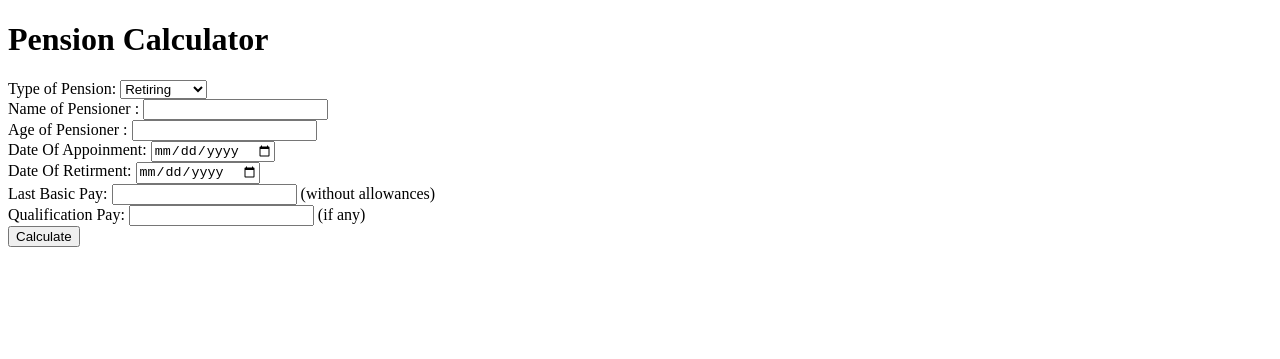
Repository: AQSA-ABDULLAH/RetirementManagmentSystem
Page: RetimentManagmentSystem/src/main/webapp/RetirementApplicationForm.html
An editor plug-in stored every save of this project. The page is shown before and after the next save, followed by the edit.
The browser window is 1280 px wide. The pictures show the whole page.

Above is the page before, as saved 2023-08-13 18:05:55.

### RetimentManagmentSystem/src/main/webapp/RetirementApplicationForm.html
<!DOCTYPE html>
<html>
<head>
<meta charset="ISO-8859-1">
<title>Pension Calculator</title>
<script>
  function calculatePension() {
    var initialAmount = parseFloat(document.getElementById('initialAmount').value);
    var annualContribution = parseFloat(document.getElementById('annualContribution').value);
    var interestRate = parseFloat(document.getElementById('interestRate').value) / 100;
    var years = parseInt(document.getElementById('years').value);

    var totalAmount = initialAmount;
    for (var i = 1; i <= years; i++) {
      totalAmount += annualContribution;
      totalAmount *= (1 + interestRate);
    }

    document.getElementById('result').innerHTML = 'Your pension after ' + years + ' years will be: $' + totalAmount.toFixed(2);
  }
</script>
</head>
<body>
  <h1>Pension Calculator</h1>
  <form method="post" action="myservlet">

	<label for="type">Type of Pension:</label>
	<select id="fruits" name="fruits">
		<option value="apple">Retiring</option>
		<option value="banana">Banana</option>
        <option value="orange">Orange</option>
        <option value="grape">Grape</option>
        <option value="strawberry">Strawberry</option>
      </select><br>

    <label for="name">Name of Pensioner :</label>
    <input type="text" id="name" required><br>

    <label for="age">Age of Pensioner :</label>
    <input type="number" id="age" required><br>

    <label for="DateAppoinment">Date Of Appoinment:</label>
    <input type="date" id="DateApponiment" required><br>

    <label for="DateRetirment">Date Of Retirment:</label>
    <input type="date" id="DateRetirment" required><br>

    <label for="BasicPay">Last Basic Pay:</label>
    <input type="number" id="BasicPay" required>
    <span>(without allowances)</span><br>

    <label for="QualificationPay">Qualification Pay:</label>
    <input type="number" id="QualificationPay">
    <span>(if any)</span><br>

    <button type="button" onclick="calculatePension()">Calculate</button>
  </form>

  <p id="result"></p>
</body>
</html>

After the next save:
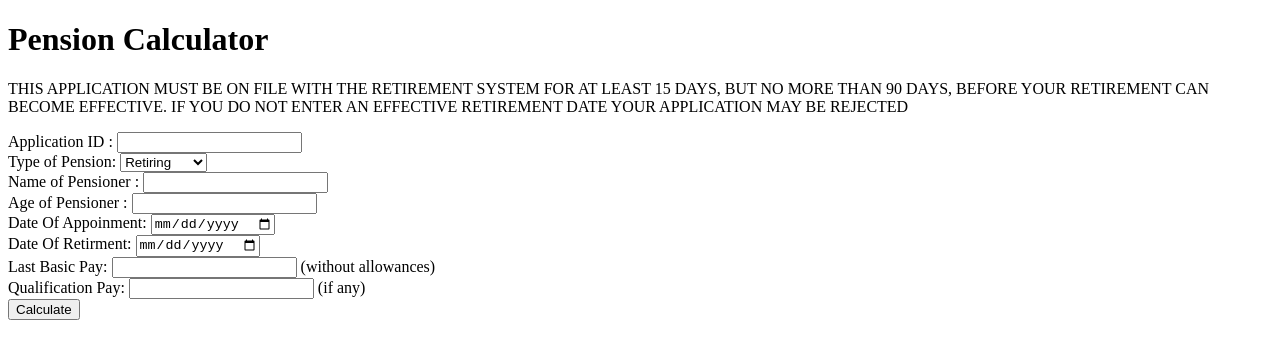
Saved 114 s later.
--- a/RetimentManagmentSystem/src/main/webapp/RetirementApplicationForm.html
+++ b/RetimentManagmentSystem/src/main/webapp/RetirementApplicationForm.html
@@ -23,6 +23,13 @@
 <body>
   <h1>Pension Calculator</h1>
   <form method="post" action="myservlet">
+
+	<p>THIS APPLICATION MUST BE ON FILE WITH THE RETIREMENT SYSTEM FOR AT LEAST 15 DAYS, BUT NO MORE THAN 90
+DAYS, BEFORE YOUR RETIREMENT CAN BECOME EFFECTIVE. IF YOU DO NOT ENTER AN EFFECTIVE RETIREMENT DATE
+YOUR APPLICATION MAY BE REJECTED</p>
+
+	<label for="id">Application ID :</label>
+    <input type="number" id="id" required><br>
 
 	<label for="type">Type of Pension:</label>
 	<select id="fruits" name="fruits">
